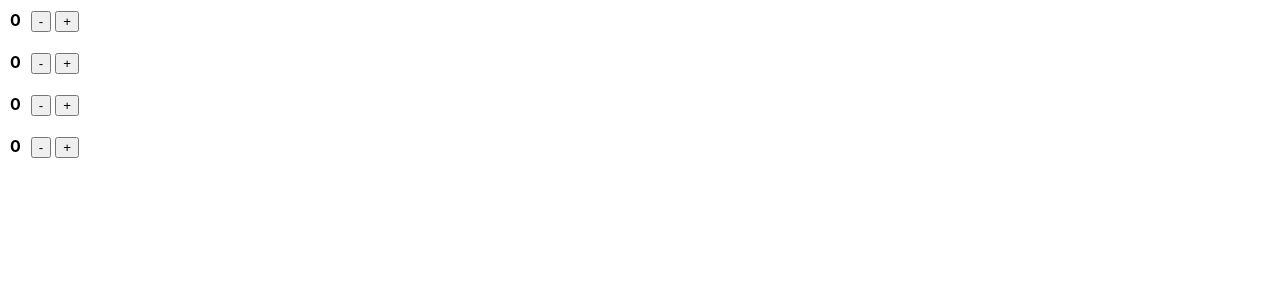
Repository: Fortune-Labs/Counter
Page: /
These files come from the project's save history. The page is drawn as it stood at one moment and after the next save; the edit follows.
The browser window is 1280 px wide. The pictures show the whole page.
The project was rebuilt for these pictures with package versions that can differ from the ones it lists, and the page was loaded fresh each time.

Above is the page before, as saved 2020-08-28 17:06:54.

### src/index.css
body {
  margin: 0;
  font-family: -apple-system, BlinkMacSystemFont, "Segoe UI", "Roboto", "Oxygen",
    "Ubuntu", "Cantarell", "Fira Sans", "Droid Sans", "Helvetica Neue",
    sans-serif;
  -webkit-font-smoothing: antialiased;
  -moz-osx-font-smoothing: grayscale;
}

code {
  font-family: source-code-pro, Menlo, Monaco, Consolas, "Courier New",
    monospace;
}

p {
  margin-bottom: 1rem;
}
.counter {
  padding: 10px;
}

.counter-controls {
  display: inline-block;
  margin-left: 10px;
}

button {
  margin-right: 4px;
}

ol.instructions {
  list-style-type: decimal;
  margin-left: 1rem;
  margin-top: 0.5rem;
}

li {
  margin-bottom: 1rem;
}

ol {
  margin-top: 0.5rem;
  margin-left: 2.5rem;
  list-style-type: decimal;
}

### src/App.js
import React, { Component } from "react";

// state data for 3 counters
// const data = [
//   { id: 1, value: 0 },
//   { id: 2, value: 0 },
//   { id: 3, value: 0 },
//   { id: 4, value: 0 },
// ];

//counter component
class Counter extends Component {
  onIncrement = (e) => {
    this.props.onIncrement(1);
  };

  onDecrement = () => {
    this.props.onIncrement(-1);
  };

  render() {
    const { value } = this.props;
    return (
      <div className="counter">
        <b>{value}</b>
        <div className="counter-controls">
          <button
            className="button is-danger is-small"
            onClick={this.onDecrement}
          >
            -
          </button>

          <button
            className="button is-success is-small"
            onClick={this.onIncrement}
          >
            +
          </button>
        </div>
      </div>
    );
  }
}

class Total extends Component {
  totalValue = () => this.props.getData.reduce((a, b) => a + b.value, 0);

  render() {
    // const { getData } = this.props;
    // console.log(getData)
    return (
      <div className="counter">
        <b>Total Value: {this.totalValue()}</b>
      </div>
    );
  }
}

// class App extends Component
class App extends Component {
  constructor(props, context) {
    super(props, context);
    this.state = {
      data: [
        { id: 1, value: 0 },
        { id: 2, value: 0 },
        { id: 3, value: 0 },
        { id: 4, value: 0 },
      ],
    };
  }

  onIncrement = (counter, increment) => {
    const newValue = counter.value + increment;
    this.setState({
      data: data.map((item) => {
        item.value = item.id === counter.id ? newValue : item.value;
        return item;
      }),
    });
  };

  render() {
    const { data } = this.state;
    return (
      <div>
        {data.map((counter) => (
          <Counter
            key={counter.id}
            value={counter.value}
            onIncrement={this.onIncrement.bind(this, counter)}
          />
        ))}
      </div>
    );
  }
}

export default App;

Loaded but not shown: public/index.html (common file); src/index.js (common file); src/serviceWorker.js (common file)

After the next save:
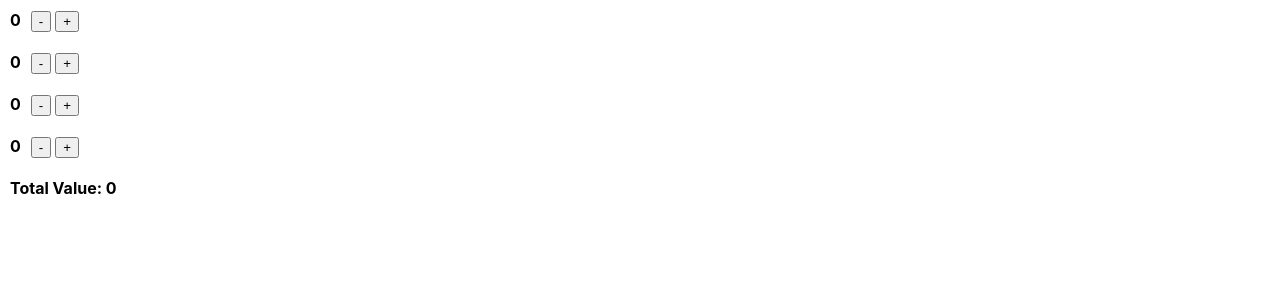
Saved 6 min 39 s later.
--- a/src/App.js
+++ b/src/App.js
@@ -92,6 +92,7 @@ class App extends Component {
             onIncrement={this.onIncrement.bind(this, counter)}
           />
         ))}
+        <Total getData={this.state.data} />
       </div>
     );
   }
